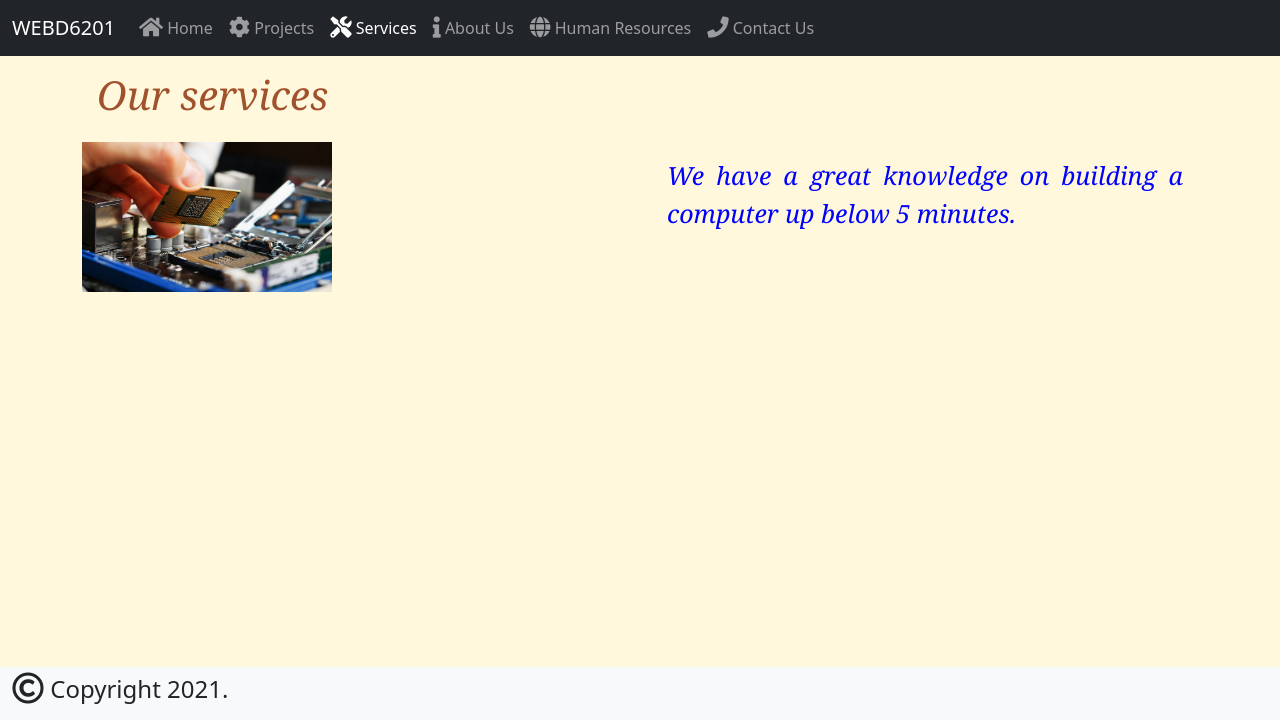
Repository: YiuWingLau/WEBD6201-W2021-Lab1
Page: services.html
An editor plug-in stored every save of this project. The page is shown before and after the next save, followed by the edit.
The browser window is 1280 px wide. The pictures show the whole page.

Above is the page before, as saved 2021-02-04 22:11:35.
Console error: ReferenceError: project is not defined

### services.html
<!DOCTYPE html>
<html lang="en">
<head>
    <meta charset="UTF-8">
    <meta name="viewport" content="width=device-width, initial-scale=1.0">
    <title>Services</title>

    <!--CSS Section -->
    <link rel="stylesheet" href="./node_modules/bootstrap/dist/css/bootstrap.min.css">
    <link rel="stylesheet" href="./node_modules/@fortawesome//fontawesome-free/css/all.min.css">
    <link rel="stylesheet" href="./Content/app.css">
</head>
<body>
    <!-- Main Header-->
    <header>
      <!-- Main Navigation-->
      <nav class="navbar navbar-expand-lg navbar-dark bg-dark">
          <div class="container-fluid">
            <a class="navbar-brand" href="index.html">WEBD6201</a>
            <button class="navbar-toggler" type="button" data-bs-toggle="collapse" data-bs-target="#navbarSupportedContent" aria-controls="navbarSupportedContent" aria-expanded="false" aria-label="Toggle navigation">
              <span class="navbar-toggler-icon"></span>
            </button>
            <div class="collapse navbar-collapse" id="navbarSupportedContent">
              <ul class="navbar-nav me-auto mb-2 mb-lg-0">

                <li id="navBarIndex" class="nav-item">
                  <a class="nav-link" aria-current="page" href="index.html"><i class="fas fa-home fa-lg"></i> Home</a>
                </li>

                <li id="navBarProjects" class="nav-item">
                  <a class="nav-link" aria-current="page" href="products.html"><i class="fas fa-cog fa-lg"></i> Products</a>
                </li>

                <li id="navBarServices" class="nav-item">
                  <a class="nav-link active" aria-current="page" href="services.html"><i class="fas fa-tools fa-lg"></i> Services</a>
                </li>

                <li id="navBarAboutUs" class="nav-item">
                  <a class="nav-link" aria-current="page" href="about.html"><i class="fas fa-info fa-lg"></i> About Us</a>
                </li>

                <li id="navBarContactUs" class="nav-item">
                  <a class="nav-link" aria-current="page" href="contact.html"><i class="fas fa-phone fa-lg"></i> Contact Us</a>
                </li>

              </ul>
            </div>
          </div>
      </nav>
  </header>
    <main class="container">
    </main>

    <footer>
        <nav class="navbar fixed-bottom navbar-light bg-light">
            <div class="container-fluid">
              <h4><i class="far fa-copyright fa-lg"></i> Copyright 2021.</a></h4>
            </div>
        </nav>
    </footer>
    <!-- JavaScript Section -->
    <script src="./node_modules/jquery/dist/jquery.min.js"></script>
    <script src="./node_modules/bootstrap/dist/js/bootstrap.bundle.min.js"></script>
    <script src="./Scripts/app.js"></script>
</body>
</html>

### Content/app.css
h1 {
    padding: 15px;
    color: sienna;
    font-family: Cambria, Cochin, Georgia, Times, 'Times New Roman', serif;
    font-style: italic;
}

p {
    padding: 15px;
    color: blue;
    font-family:Cambria, Cochin, Georgia, Times, 'Times New Roman', serif;
    font-style: italic;
    font-size: 25px;
    text-align: justify;
}

body {
    background-color: cornsilk;
}

#homePicture {
    width: 1000px;
    height: 600px;
}

#favImage {

    width: 250px;
    height: 150px;
}

### Scripts/app.js
/* custom JavaScript goes here */

//IIFE - Immediately Invoked Function Expression
//AKA - Anonymous Self-Executing Function
//Closure - limits scope leak

"use strict";

(function()
{
    function displayHome()
    {
      // create heading element
      let homeHeading = document.createElement("h1");
      // configure the element
      homeHeading.setAttribute("id", "homeHeading");
      homeHeading.textContent = "Welcome to WEBD6201";
      // select the parent element
      let mainContent = document.getElementsByTagName("main")[0];
      // Add / Insert the element
      mainContent.appendChild(homeHeading);

      // inject the background image to the home pageinject the background image to the home page
        let myhomebackground = document.createElement("img");
        myhomebackground.setAttribute("id", "homePicture");
        myhomebackground.setAttribute("src", "./images/homepagebackground.jpg");
        myhomebackground.setAttribute("alt", "Computer Programmer");
        mainContent.appendChild(myhomebackground);

        // inject the first paragraph to the home page
        let newParagraph = document.createElement("p");
        newParagraph.setAttribute("id", "paragraphTwo");
        newParagraph.textContent = "We provide the best programming service for you...";
        mainContent.appendChild(newParagraph);
    }

    function displayAbout()
    {
        //create new element Human Resources
        let myPicture = document.createElement("img");
        myPicture.setAttribute("id", "myImage");
        myPicture.setAttribute("src", "./images/img_me.jpg");
        myPicture.setAttribute("alt", "Nelson Lau");
        myPicture.setAttribute("width", "192");
        myPicture.setAttribute("height", "108");

        // Step 1. document.createElement
        let ParagraphOne = document.createElement("p");
        // Step 2. configure the element
        ParagraphOne.setAttribute("id", "myIntroduction");
        ParagraphOne.textContent = "Here are my favourite projects.";
        // Step 3. select the parent element
        let mainContent = document.getElementsByTagName("main")[0];
        mainContent.appendChild(myPicture);
        // Step 4. Add / Insert the element
        mainContent.appendChild(ParagraphOne);
        ParagraphOne.className = "fs-lg";

    }

    function displayProjects()
    {
      // create and add heading to Projects page
      let projectHeading = document.createElement("h1");
      projectHeading.setAttribute("id", "projectHeading");
      projectHeading.textContent = " My favourite projects";
      let mainContent = document.getElementsByTagName("main")[0];
      mainContent.appendChild(projectHeading);


      // create favorite projects element div tag
      let project = document.createElement("table");
      //project.setAttribute("class", "container");
      project.setAttribute("id", "project");
      mainContent.appendChild(project);

      // create & insert 1st favorite project detail
      let projectOne = document.createElement("tr");
      //projectOne.setAttribute("class", "row");
      projectOne.setAttribute("id", "projectOne");
      projectOne.innerHTML = `<td><img id="favImage" src="./images/hardware.jpg" alt="computer hardware"></td>
                              <td class="col-8"><p> We have a great knowledge on building a computer up below 5 minutes.</p></td>`;
      project.appendChild(projectOne);

      // create & insert 2nd favorite project detail
      let projectTwo = document.createElement("tr");
      //projectTwo.setAttribute("class", "row");
      projectTwo.setAttribute("id", "projectTwo");
      projectTwo.innerHTML = `<td><img id="favImage" src="./images/mainframe.jpg" alt="mainframe development"></td>
                              <td><p> We have successfully to help several companies building up their mainframe systems.</p></td>`;
      project.appendChild(projectTwo);

      // create & insert 2nd favorite project detail
      let projectThree = document.createElement("tr");
      //projectThree.setAttribute("class", "row");
      projectThree.setAttribute("id", "projectThree");
      projectThree.innerHTML = `<td><img id="favImage" src="./images/networking.jpg" alt="computer networking"></td>
                                <td><p> We have successfully to help several companies building up their network.</p></td>`;
      project.appendChild(projectThree);
    }

    function displayHumanResources()
    {

    }

    function displayServices()
    {
      // create and add heading to Projects page
      let serviceHeading = document.createElement("h1");
      serviceHeading.setAttribute("id", "serviceHeading");
      serviceHeading.textContent = " Our services";
      let mainContent = document.getElementsByTagName("main")[0];
      mainContent.appendChild(serviceHeading);


      // create favorite service element div tag
      //let service = document.createElement("table");
      //service.setAttribute("class", "container");
     // service.setAttribute("id", "service");
      //mainContent.appendChild(service);

      // create & insert 1st favorite service detail
      let serviceOne = document.createElement("div");
      //serviceOne.setAttribute("class", "row");
      serviceOne.setAttribute("id", "serviceOne");
      serviceOne.innerHTML = `<div class="row"><div class="col-6"><img id="favImage" src="./images/hardware.jpg" alt="computer hardware"></div>
                              <div class="col-6"><p> We have a great knowledge on building a computer up below 5 minutes.</p></div></div>`;
                              mainContent.appendChild(serviceOne);

      // create & insert 2nd favorite service detail
      let serviceTwo = document.createElement("tr");
      //serviceTwo.setAttribute("class", "row");
      serviceTwo.setAttribute("id", "serviceTwo");
      serviceTwo.innerHTML = `<td><img id="favImage" src="./images/mainframe.jpg" alt="mainframe development"></td>
                              <td><p> We have successfully to help several companies building up their mainframe systems.</p></td>`;
      project.appendChild(serviceTwo);

      // create & insert 2nd favorite service detail
      let serviceThree = document.createElement("tr");
      //serviceThree.setAttribute("class", "row");
      serviceThree.setAttribute("id", "serviceThree");
      serviceThree.innerHTML = `<td><img id="favImage" src="./images/networking.jpg" alt="computer networking"></td>
                                <td><p> We have successfully to help several companies building up their network.</p></td>`;
      service.appendChild(serviceThree);
    }

    function displayContact()
    {
        let messageArea = document.getElementById("messageArea");
        messageArea.hidden = true;

        // form validation
        let fullName = document.getElementById("fullName");
        fullName.addEventListener("blur", function() {
            if(fullName.value.length < 2)
            {
                fullName.focus();
                fullName.select();
                messageArea.hidden = false;
                messageArea.className = "alert alert-danger";
                messageArea.textContent = "Please enter an appropriate Name";
            }
            else
            {
                messageArea.removeAttribute("class");
                messageArea.hidden = true;
            }
        });

        let sendButton = document.getElementById("sendButton");
        sendButton.addEventListener("click", function(event){
            //event.preventDefault();

            let contact = new Contact(fullName.value, contactNumber.value, emailAddress.value);

            if(contact.serialize())
            {
              localStorage.setItem((localStorage.length + 1).toString(), contact.serialize());
            }

        });
    }

    function displayContactList()
    {
      if (localStorage.length > 0)
      {
        let contactList = document.getElementById("contactList");

        let data = "";

        for (let index = 0; index < localStorage.length; index++)
        {
          let contactData = localStorage.getItem((index + 1).toString());

          let contact = new Contact();
          contact.deserialize(contactData);

          data += `<tr>
          <th scope="row">${index + 1}</th>
          <td>${contact.FullName}</td>
          <td>${contact.ContactNumber}</td>
          <td>${contact.EmailAddress}</td>
        </tr>`;
        }

        contactList.innerHTML = data;
      }
    }

    // function to correct the wrong link and text content in navigation bar
    function changeNavBarName()
    {
        let navName = document.getElementById("navBarProjects");
        navName.innerHTML = `<a class='nav-link' aria-current='page' href='projects.html'><i class="fas fa-cog fa-lg"></i> Projects</a>`;
    }

    // function to add Human Resource element to Nav Bar between About Us and Contact Us
    function addNewNavBarElement()
    {
        //create new element Human Resources
        let newListElement = document.createElement("li");
        newListElement.setAttribute("id", "navBarHumanResources");
        newListElement.setAttribute("class", "nav-item");
        newListElement.innerHTML = `<a class='nav-link' aria-current='page' href='Human-Resources.html'><i class="fas fa-globe fa-lg"></i> Human Resources</a>`;
        // append new element after About Us
        let aboutUsListElement = document.getElementById("navBarAboutUs");
        aboutUsListElement.after(newListElement);
    }

    function Start()
    {
        console.log("App Started...");

        changeNavBarName();

        addNewNavBarElement();

        switch (document.title)
        {
          case "Home":
              displayHome();
            break;
          case "About":
              displayAbout();
            break;
          case "Projects":
              displayProjects();
            break;
          case "Human Resources":
              displayHumanResources();
            break;
          case "Services":
              displayServices();
            break;
          case "Contact":
              displayContact();
            break;
          case "Contact-List":
            displayContactList();
          break;
        }

    }

    window.addEventListener("load", Start);

})();

Loaded but not shown: node_modules/bootstrap/dist/css/bootstrap.min.css (library); node_modules/@fortawesome/fontawesome-free/css/all.min.css (library); node_modules/jquery/dist/jquery.min.js (library); node_modules/bootstrap/dist/js/bootstrap.bundle.min.js (library)

After the next save:
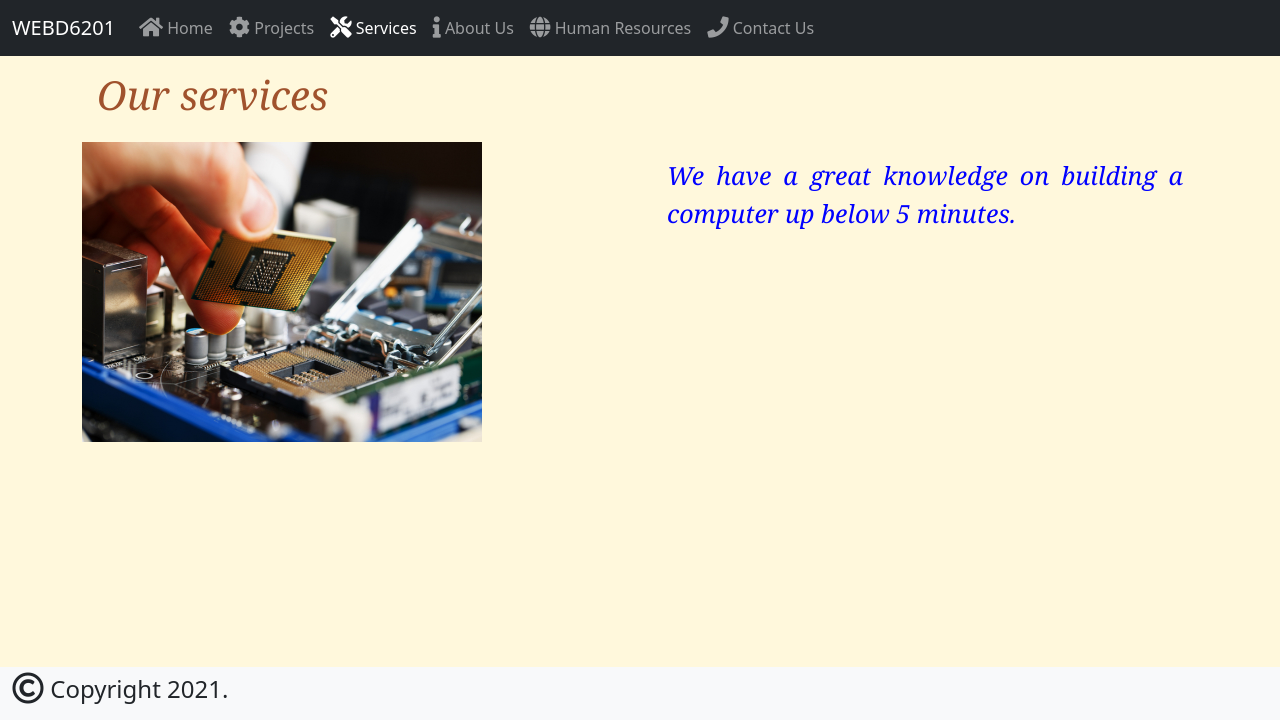
Saved 2 min 8 s later.
--- a/Content/app.css
+++ b/Content/app.css
@@ -25,6 +25,6 @@ body {
 
 #favImage {
 
-    width: 250px;
-    height: 150px;
+    width: 400px;
+    height: 300px;
 }
